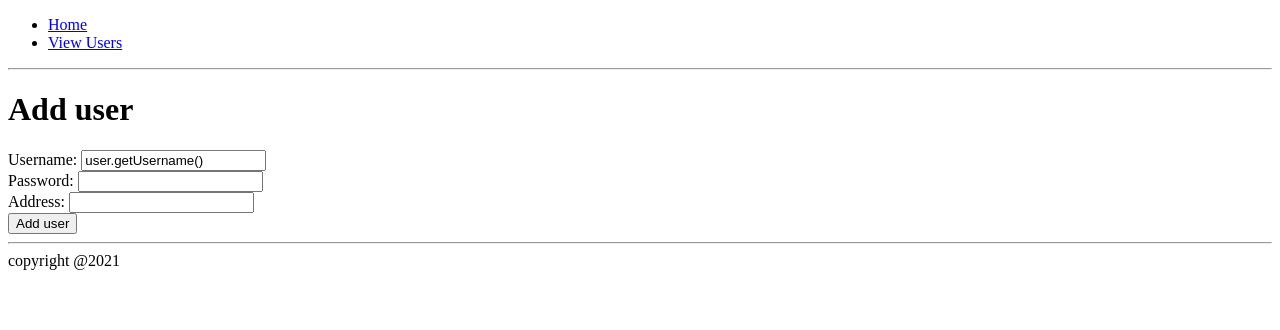
Repository: adit22747/java
Page: http://localhost/casestudy/user/edit-user.jsp
An editor plug-in stored every save of this project. The page is shown before and after the next save, followed by the edit.
The browser window is 1280 px wide. The pictures show the whole page.
The page is served by Tomcat 9.

Above is the page before, as saved 2021-02-03 11:17:30.

After the next save:
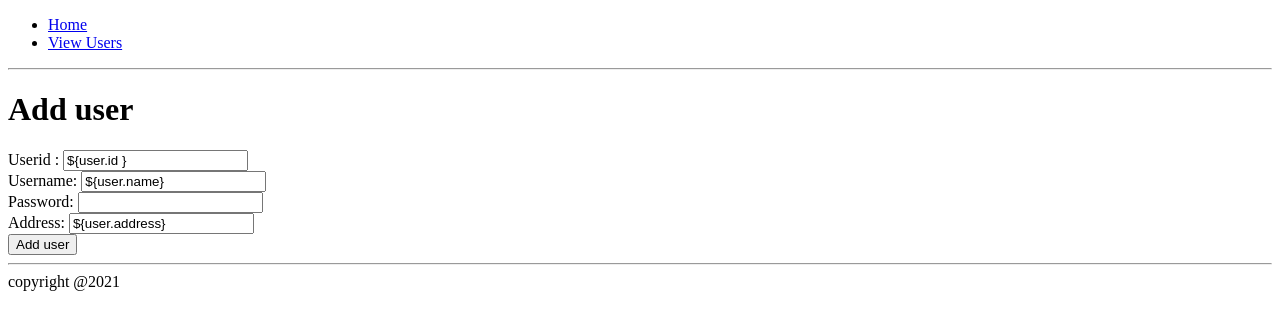
Saved 2 min 5 s later.
--- a/advance_java/programs/casestudy/src/main/webapp/user/edit-user.jsp
+++ b/advance_java/programs/casestudy/src/main/webapp/user/edit-user.jsp
@@ -2,11 +2,13 @@
 
 <h1>Add user</h1>
 <form action="<%=request.getContextPath() %>/UserController/edit-user" method="post">
-	Username: <input type="text" name="username" value="user.getUsername()">
+	Userid : <input type="text" name="id" value="${user.id }" readonly="readonly">
+	<br>
+	Username: <input type="text" name="username" value="${user.name}">
 	<br>
 	Password: <input type="password" name="password">
 	<br>
-	Address: <input type="text" name="address">
+	Address: <input type="text" name="address" value="${user.address}">
 	<br>
 	<input type="submit" value="Add user">
 </form>
